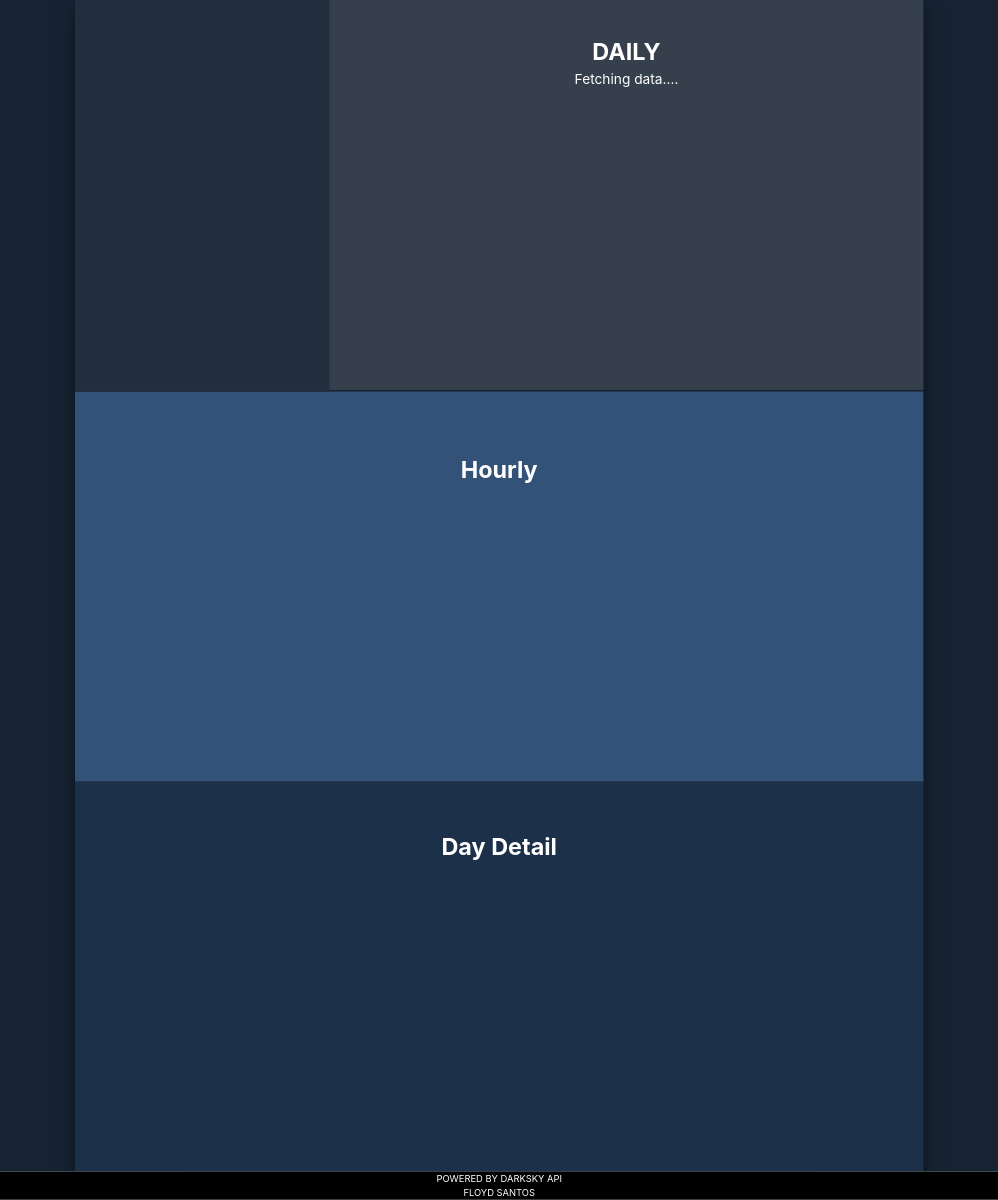
Repository: DOODpls/assignment3_weather
Page: index.html
An editor plug-in stored every save of this project. The page is shown before and after the next save, followed by the edit.
The browser window is 1280 px wide. The pictures show the whole page, at 78% of full size.
Some web fonts or font styles are not loaded; a fallback is used. Some web libraries are served in a nearby version.

Above is the page before, as saved 2020-01-12 19:46:40.

After the next save:
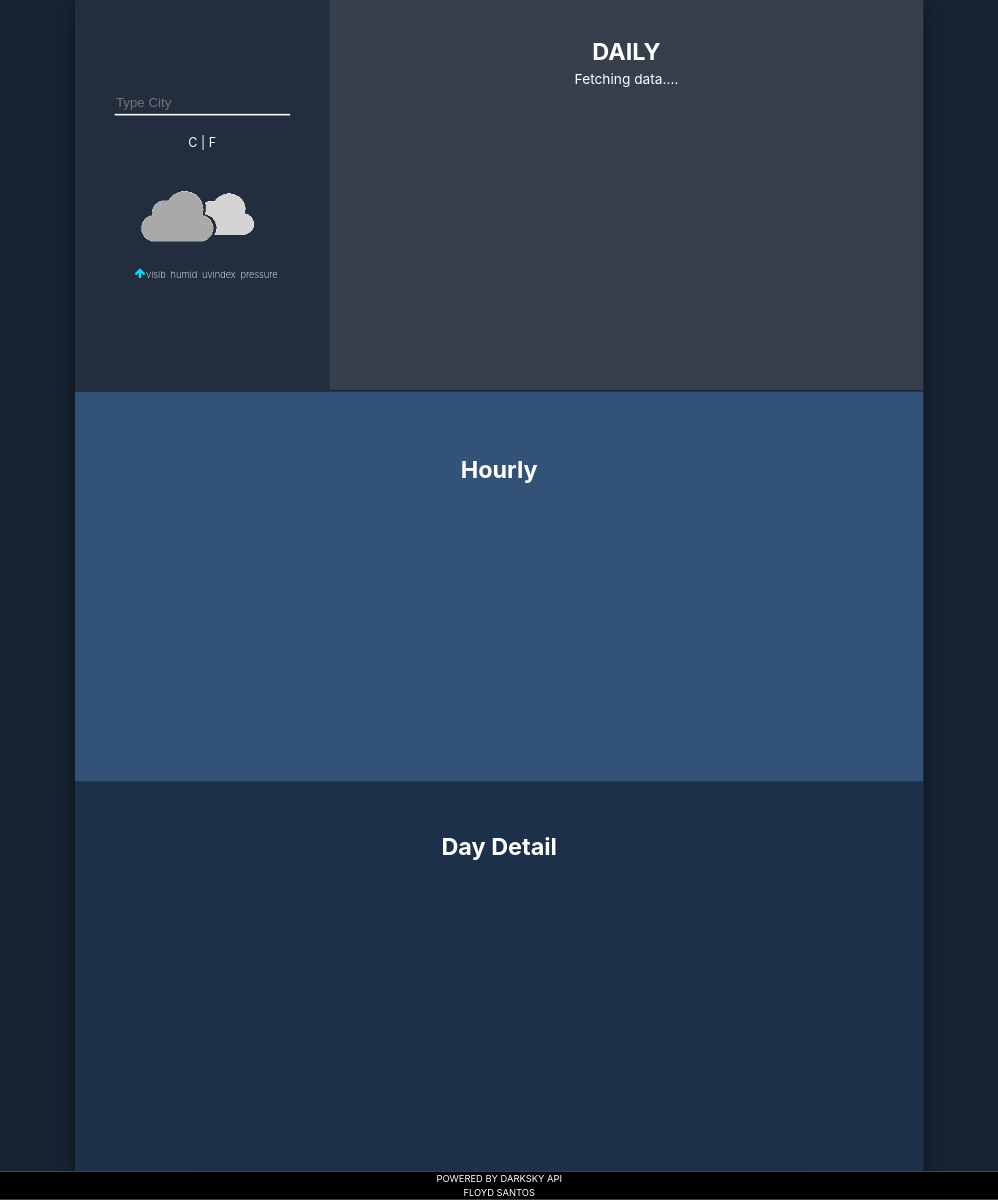
Saved 36 s later.
--- a/app.js
+++ b/app.js
@@ -114,15 +114,15 @@
 //---------------------------------CURRENT------------------------------------------------//
 
 
-new Vue({
-  el: '#today-container',
-  data: {
-    alertPanel: ''
-  },
-  methods: {
-
-  }
-})
+// new Vue({
+//   el: '#today-container',
+//   data: {
+//     alertPanel: '<a href = "https://google.com">Google</a>'
+//   },
+//   methods: {
+
+//   }
+// })
 
 function render(){
 

After the save that followed:
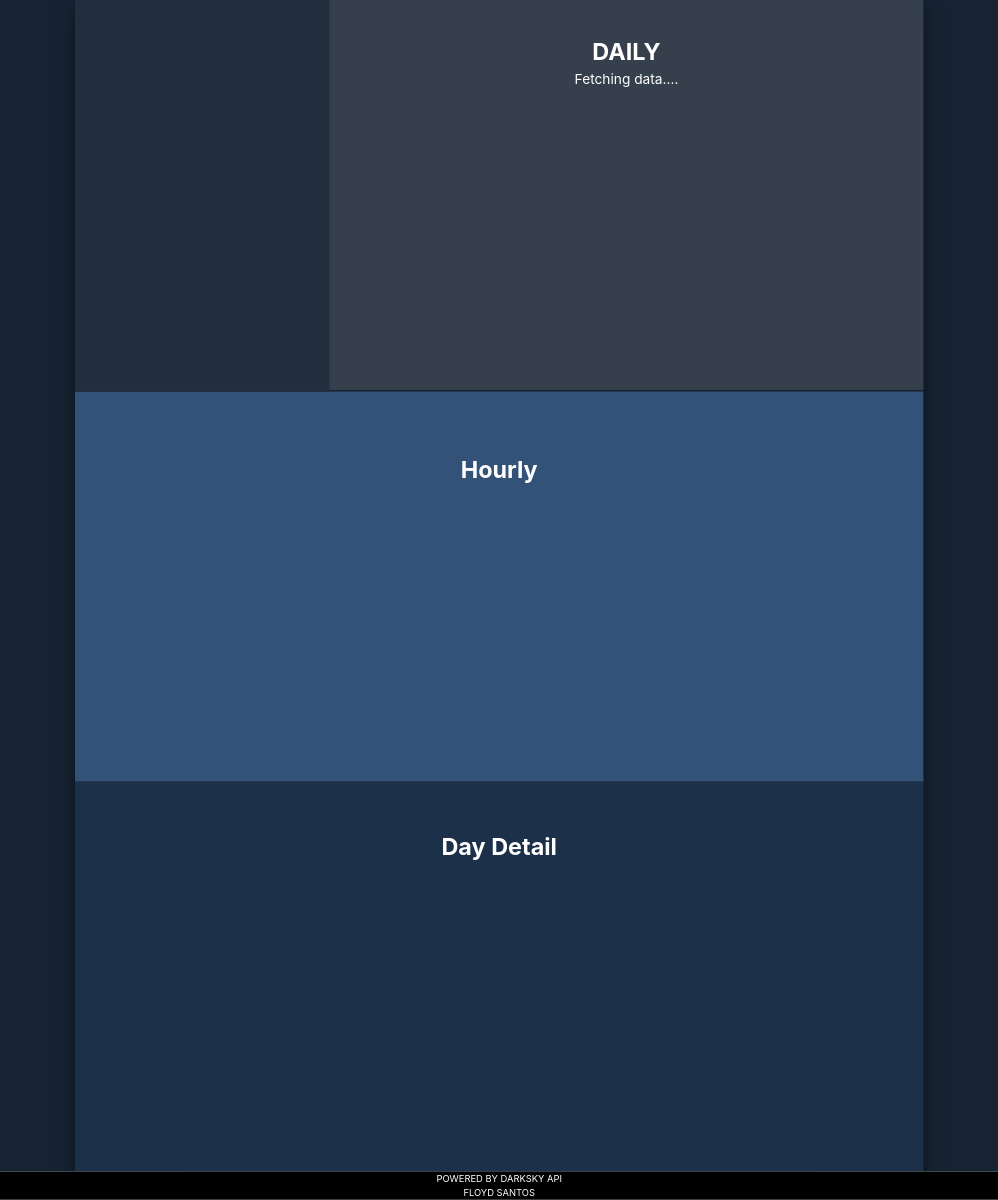
Saved 47 s later.
--- a/app.js
+++ b/app.js
@@ -114,15 +114,15 @@
 //---------------------------------CURRENT------------------------------------------------//
 
 
-// new Vue({
-//   el: '#today-container',
-//   data: {
-//     alertPanel: '<a href = "https://google.com">Google</a>'
-//   },
-//   methods: {
-
-//   }
-// })
+new Vue({
+  el: '#today-container',
+  data: {
+    alertPanel: ''
+  },
+  methods: {
+
+  }
+})
 
 function render(){
 
